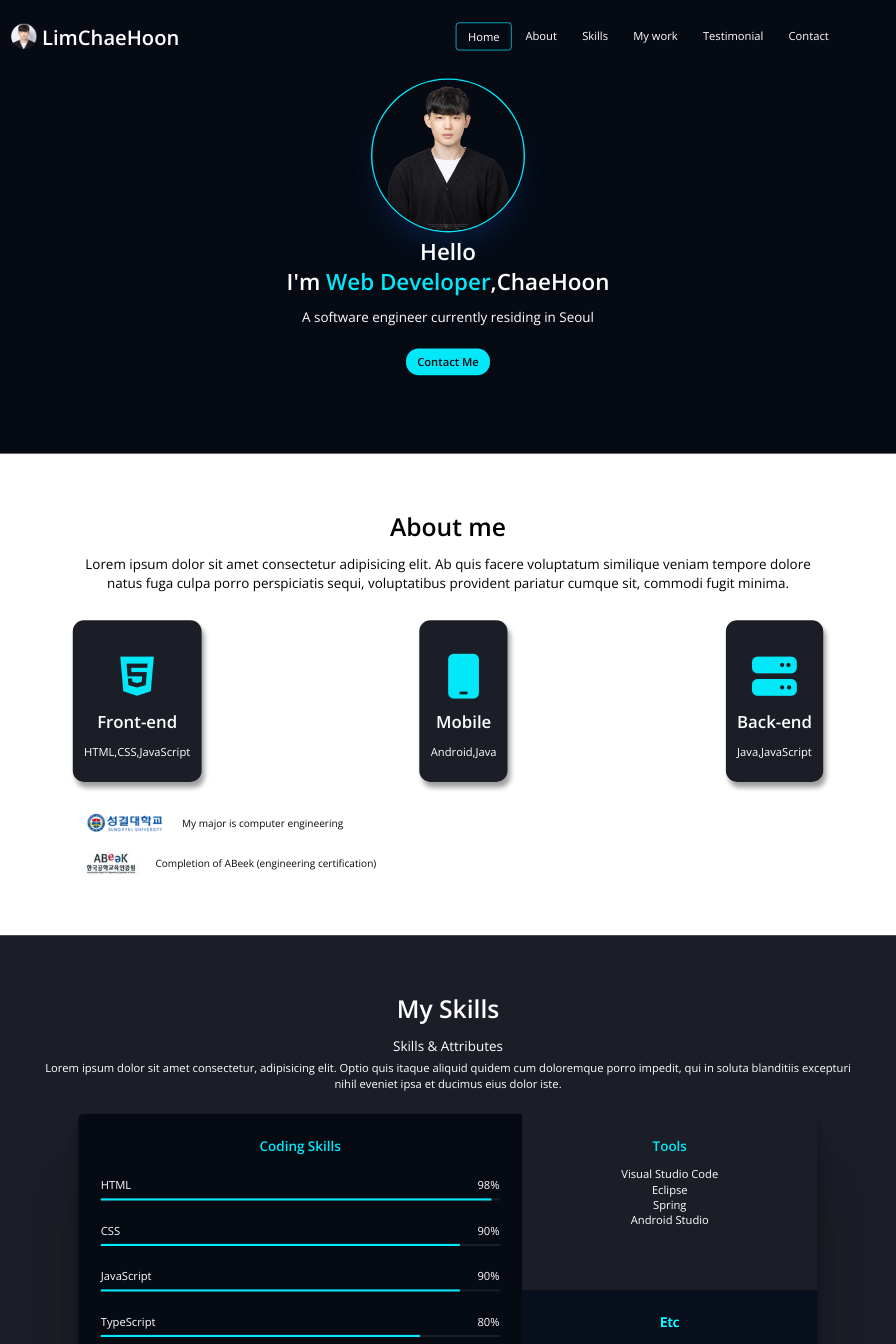
Repository: Iimchaehoon/portfollio
Page: index.html
The author's editor kept a copy of each file at every save. The page is drawn from the files as they stood at one save, then again after the next save.
The browser window is 1280 px wide. The pictures show the part of the page from y = 0 to 1920 px (the page is 4147 px tall before and 3499 px after), at 70% of full size.
Some web libraries are served in a nearby version.

Above is the page before, as saved 2023-07-18 21:17:06.

After the next save:
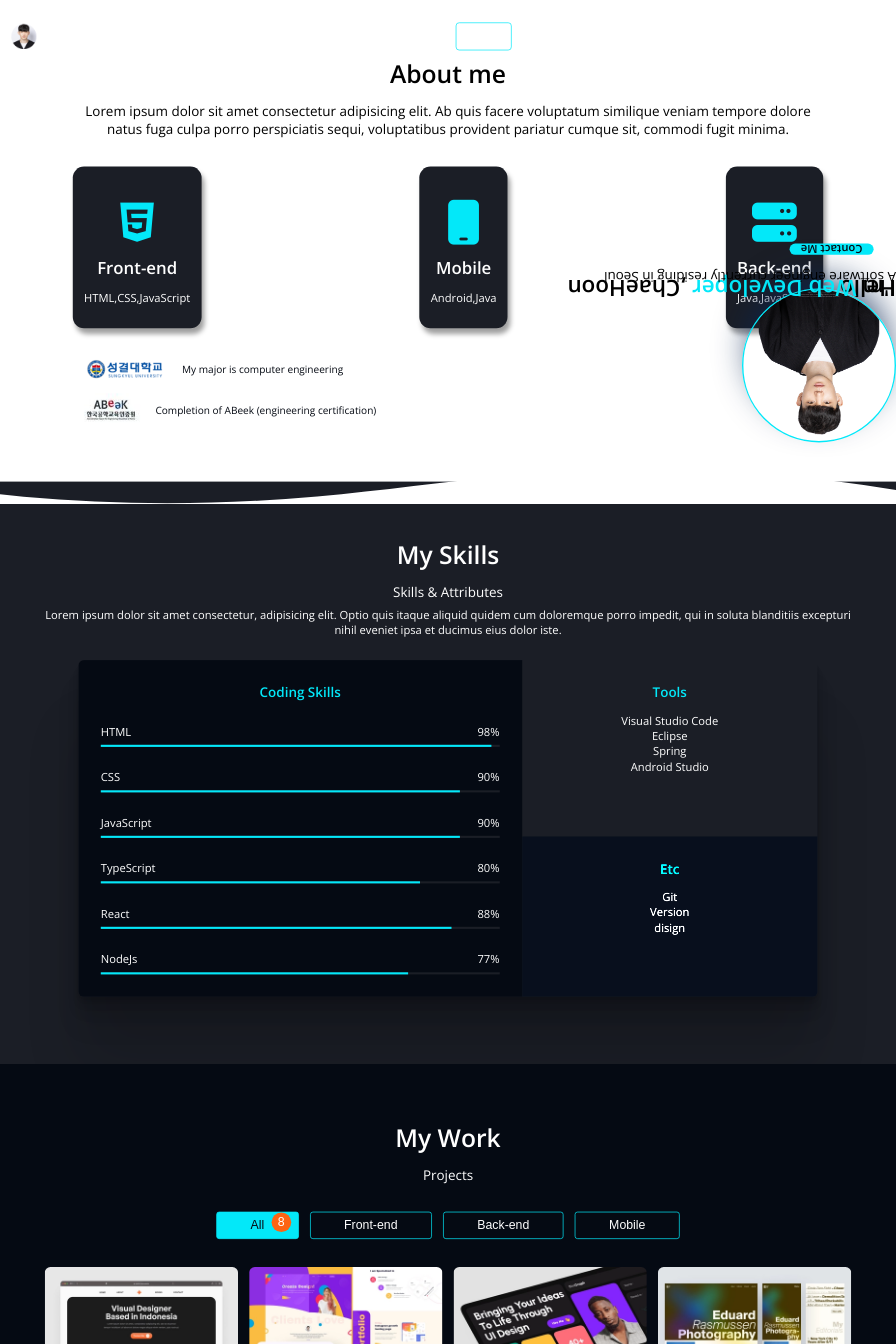
Saved 64 s later.
--- a/index.html
+++ b/index.html
@@ -62,25 +62,7 @@
     <!-- Main -->
     <main>
       <!-- Home -->
-      <section id="home">
-        <div class="home__container">
-          <img
-            class="home__avatar"
-            src="images/profile.png"
-            alt="chaehoon's profile"
-          />
-          <h2 class="home__title">
-            Hello <br />
-            I&#39;m
-            <strong class="home__title--strong">Web Developer</strong
-            >&#44;ChaeHoon
-          </h2>
-          <p class="home__description">
-            A software engineer currently residing in Seoul
-          </p>
-          <a class="home__contact" href="#contact">Contact Me</a>
-        </div>
-      </section>
+
       <div class="custom-shape-divider-bottom-1689682338">
         <svg
           data-name="Layer 1"
@@ -92,6 +74,26 @@
             d="M321.39,56.44c58-10.79,114.16-30.13,172-41.86,82.39-16.72,168.19-17.73,250.45-.39C823.78,31,906.67,72,985.66,92.83c70.05,18.48,146.53,26.09,214.34,3V0H0V27.35A600.21,600.21,0,0,0,321.39,56.44Z"
             class="shape-fill"
           ></path>
+          <section id="home">
+            <div class="home__container">
+              <img
+                class="home__avatar"
+                src="images/profile.png"
+                alt="chaehoon's profile"
+              />
+              <h2 class="home__title">
+                Hello
+                <br />
+                I&#39;m
+                <strong class="home__title--strong">Web Developer</strong>
+                &#44;ChaeHoon
+              </h2>
+              <p class="home__description">
+                A software engineer currently residing in Seoul
+              </p>
+              <a class="home__contact" href="#contact">Contact Me</a>
+            </div>
+          </section>
         </svg>
       </div>
 

After the save that followed:
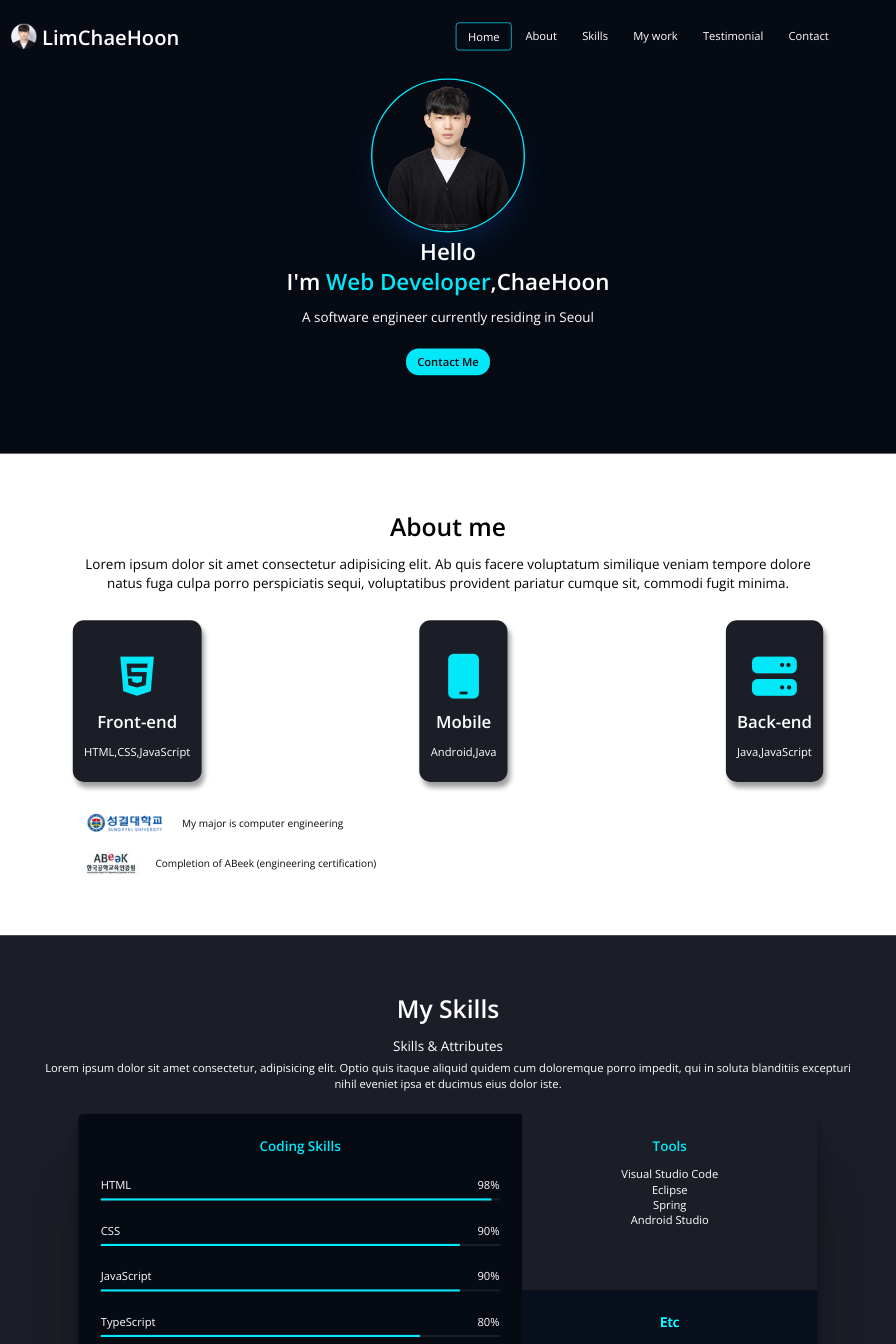
Saved 11 s later.
--- a/index.html
+++ b/index.html
@@ -62,7 +62,25 @@
     <!-- Main -->
     <main>
       <!-- Home -->
-
+      <section id="home">
+        <div class="home__container">
+          <img
+            class="home__avatar"
+            src="images/profile.png"
+            alt="chaehoon's profile"
+          />
+          <h2 class="home__title">
+            Hello <br />
+            I&#39;m
+            <strong class="home__title--strong">Web Developer</strong
+            >&#44;ChaeHoon
+          </h2>
+          <p class="home__description">
+            A software engineer currently residing in Seoul
+          </p>
+          <a class="home__contact" href="#contact">Contact Me</a>
+        </div>
+      </section>
       <div class="custom-shape-divider-bottom-1689682338">
         <svg
           data-name="Layer 1"
@@ -74,26 +92,6 @@
             d="M321.39,56.44c58-10.79,114.16-30.13,172-41.86,82.39-16.72,168.19-17.73,250.45-.39C823.78,31,906.67,72,985.66,92.83c70.05,18.48,146.53,26.09,214.34,3V0H0V27.35A600.21,600.21,0,0,0,321.39,56.44Z"
             class="shape-fill"
           ></path>
-          <section id="home">
-            <div class="home__container">
-              <img
-                class="home__avatar"
-                src="images/profile.png"
-                alt="chaehoon's profile"
-              />
-              <h2 class="home__title">
-                Hello
-                <br />
-                I&#39;m
-                <strong class="home__title--strong">Web Developer</strong>
-                &#44;ChaeHoon
-              </h2>
-              <p class="home__description">
-                A software engineer currently residing in Seoul
-              </p>
-              <a class="home__contact" href="#contact">Contact Me</a>
-            </div>
-          </section>
         </svg>
       </div>
 
